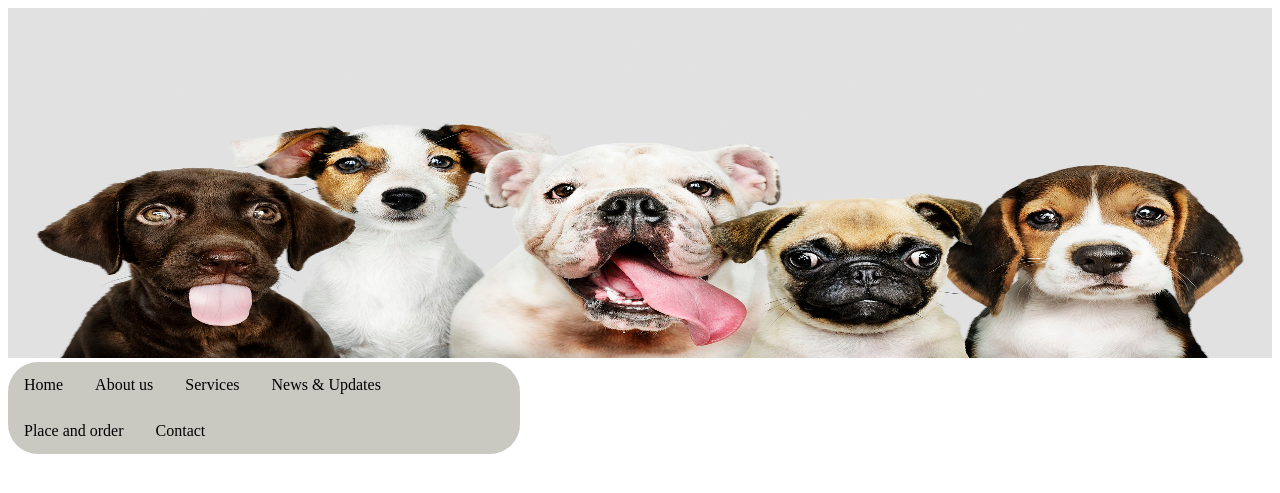
Repository: Tayma-Kazmouz/labwork
Page: index.html
The author's editor kept a copy of each file at every save. The page is drawn from the files as they stood at one save, then again after the next save.
The browser window is 1280 px wide. The pictures show the whole page.

Above is the page before, as saved 2022-04-04 16:05:30.

After the next save:
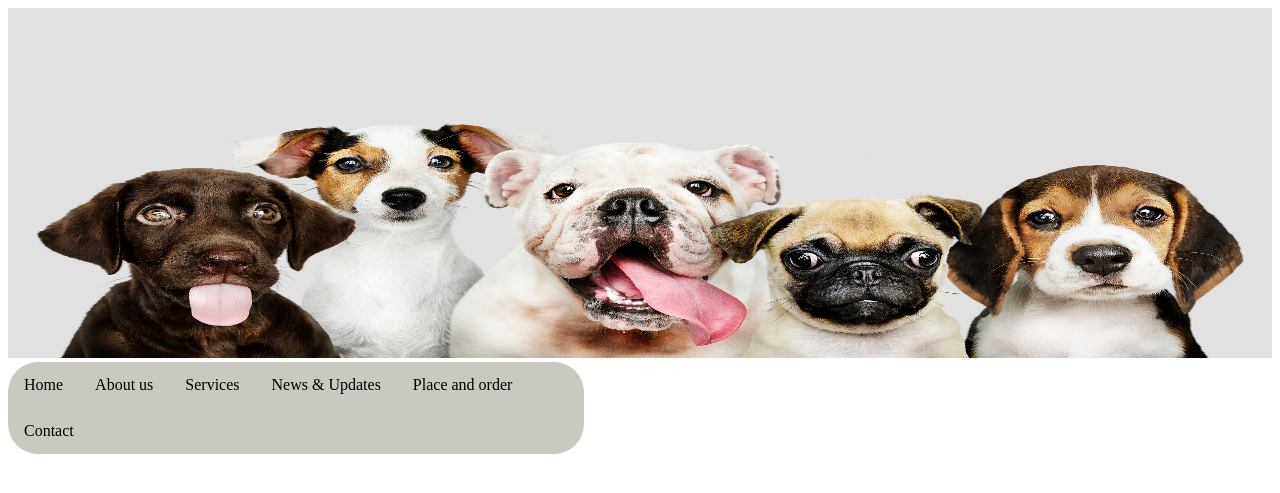
Saved 5 s later.
--- a/styles.css
+++ b/styles.css
@@ -7,7 +7,7 @@
 .nav{
     background-color: rgb(201, 201, 194);
     border-radius: 30px;
-    width: 40%;
+    width: 45%;
     position: absolute;
 }
 ul {
